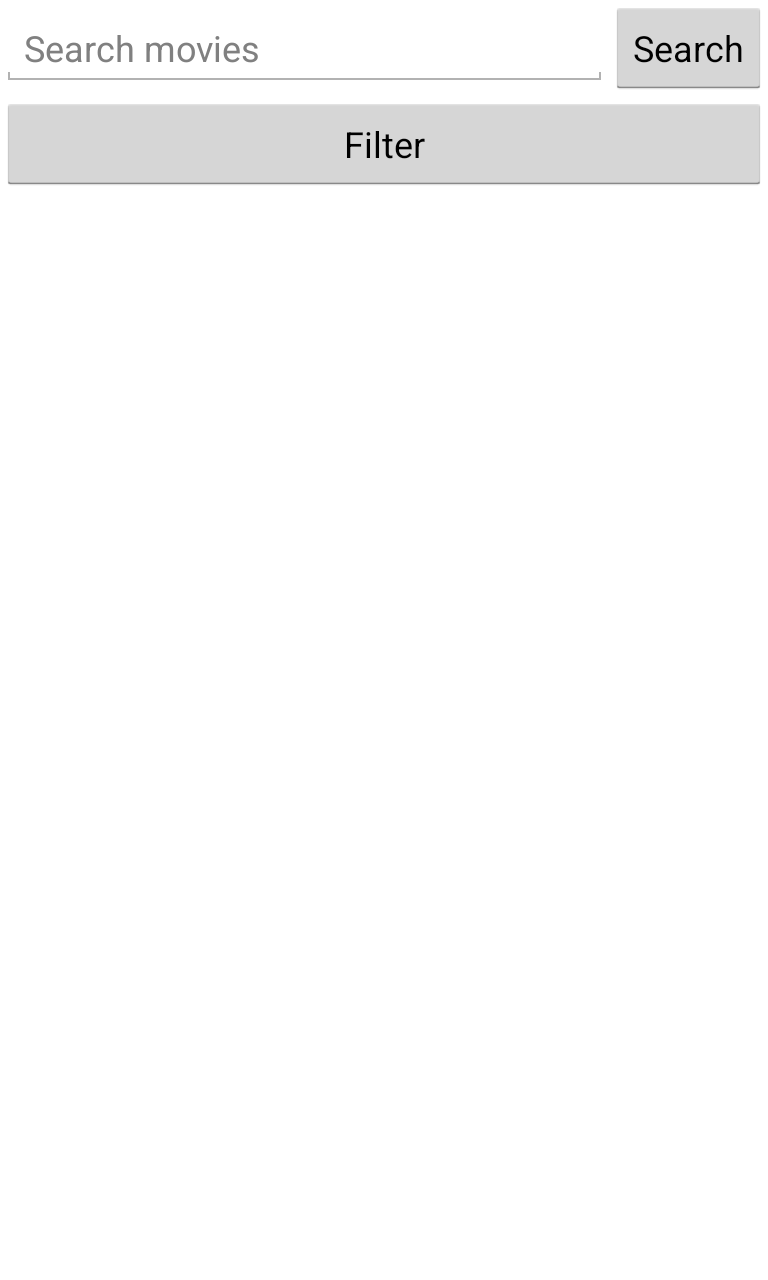
Repository: Tupling/Android-MovieDB
Layout: Java2_Android_App/MovieDB/res/layout/linear_layout.xml
The author's editor kept a copy of each file at every save. The layout is drawn from the files as they stood at one save, then again after the next save.
It is drawn on a 768 x 1280 px phone screen (xhdpi) without system bars, with theme AppTheme; the app's code is not run. Lists and similar views that code fills are empty.

Above is the layout before, as saved 2013-12-07 18:53:29.

### Java2_Android_App/MovieDB/res/layout/linear_layout.xml
<?xml version="1.0" encoding="utf-8"?>
<LinearLayout xmlns:android="http://schemas.android.com/apk/res/android"
    android:layout_width="match_parent"
    android:layout_height="match_parent"
    android:orientation="vertical" >

    <LinearLayout
        android:layout_width="match_parent"
        android:layout_height="wrap_content"
        android:orientation="horizontal">

        <EditText
            android:id="@+id/search_input"
            android:layout_width="0dip"
            android:layout_weight="1"
            android:layout_height="wrap_content"
            android:hint="@string/search_movies"/>

        <Button
            android:id="@+id/search_button"
            android:layout_width="wrap_content"
            android:layout_height="wrap_content"
            android:text="@string/search_btn_text"/>


    </LinearLayout>
            <Button
            android:id="@+id/filter_button"
            android:layout_width="match_parent"
            android:layout_height="wrap_content"
            android:text="@string/filter_btn_text"/>
        <ListView
       android:id="@+id/movie_list"
        android:layout_width="wrap_content"
        android:layout_height="wrap_content" >

    </ListView>
</LinearLayout>

### Java2_Android_App/MovieDB/res/values/strings.xml
<?xml version="1.0" encoding="utf-8"?>
<resources>

    <string name="app_name">MovieDB</string>
    <string name="action_settings">Settings</string>
    <string name="hello_world">Hello world!</string>
    <string name="search_movies">Search movies</string>
    <string name="search_btn_text">Search</string>
    <string name="filter_btn_text">Filter</string>

</resources>

Loaded but not shown: Java2_Android_App/MovieDB/res/values/styles.xml (common file); Java2_Android_App/MovieDB/res/values-v11/styles.xml (common file); Java2_Android_App/MovieDB/res/values-v14/styles.xml (common file)

After the next save:
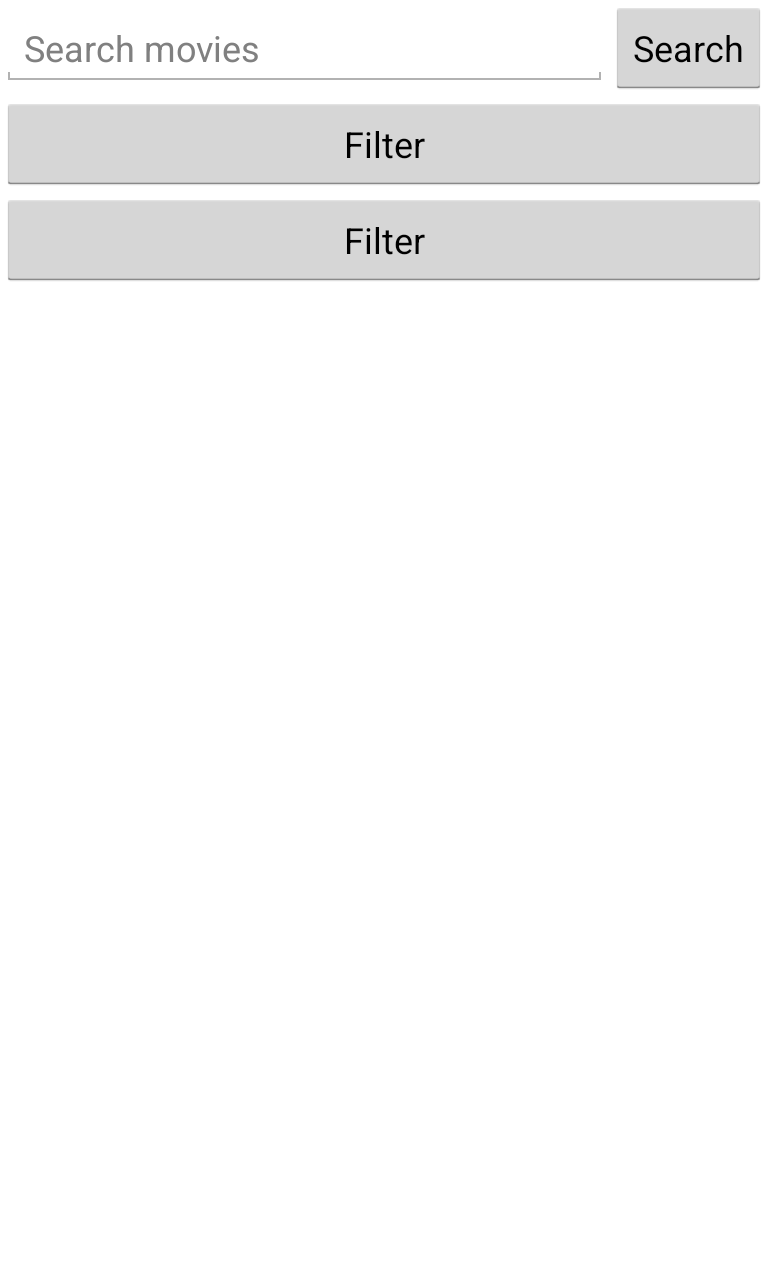
Saved 28 min 24 s later.
--- a/Java2_Android_App/MovieDB/res/layout/linear_layout.xml
+++ b/Java2_Android_App/MovieDB/res/layout/linear_layout.xml
@@ -29,6 +29,12 @@
             android:layout_width="match_parent"
             android:layout_height="wrap_content"
             android:text="@string/filter_btn_text"/>
+
+            <Button
+            android:id="@+id/refresh_previous"
+            android:layout_width="match_parent"
+            android:layout_height="wrap_content"
+            android:text="@string/filter_btn_text"/>
         <ListView
        android:id="@+id/movie_list"
         android:layout_width="wrap_content"
